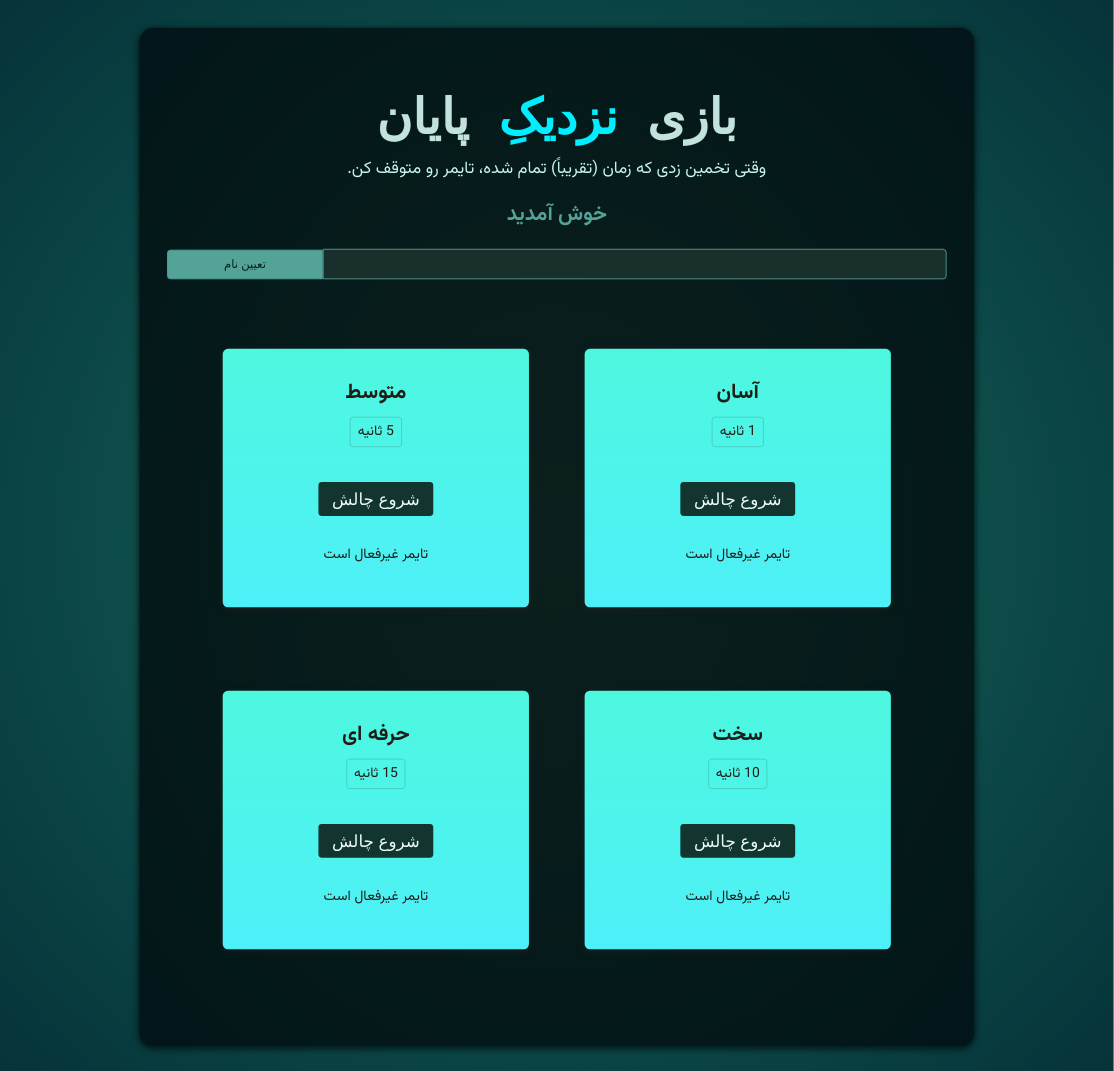
Repository: H-ala/react-near-end
Page: /
The author's editor kept a copy of each file at every save. The page is drawn from the files as they stood at one save, then again after a run of saves.
The browser window is 1280 px wide. The pictures show the whole page, at 87% of full size.
The project was rebuilt for these pictures with package versions that can differ from the ones it lists, and the page was loaded fresh each time. Also part of the build but not shown: vite.config.js.

Above is the page before, as saved 2025-10-21 19:38:01.

After the next 3 saves:
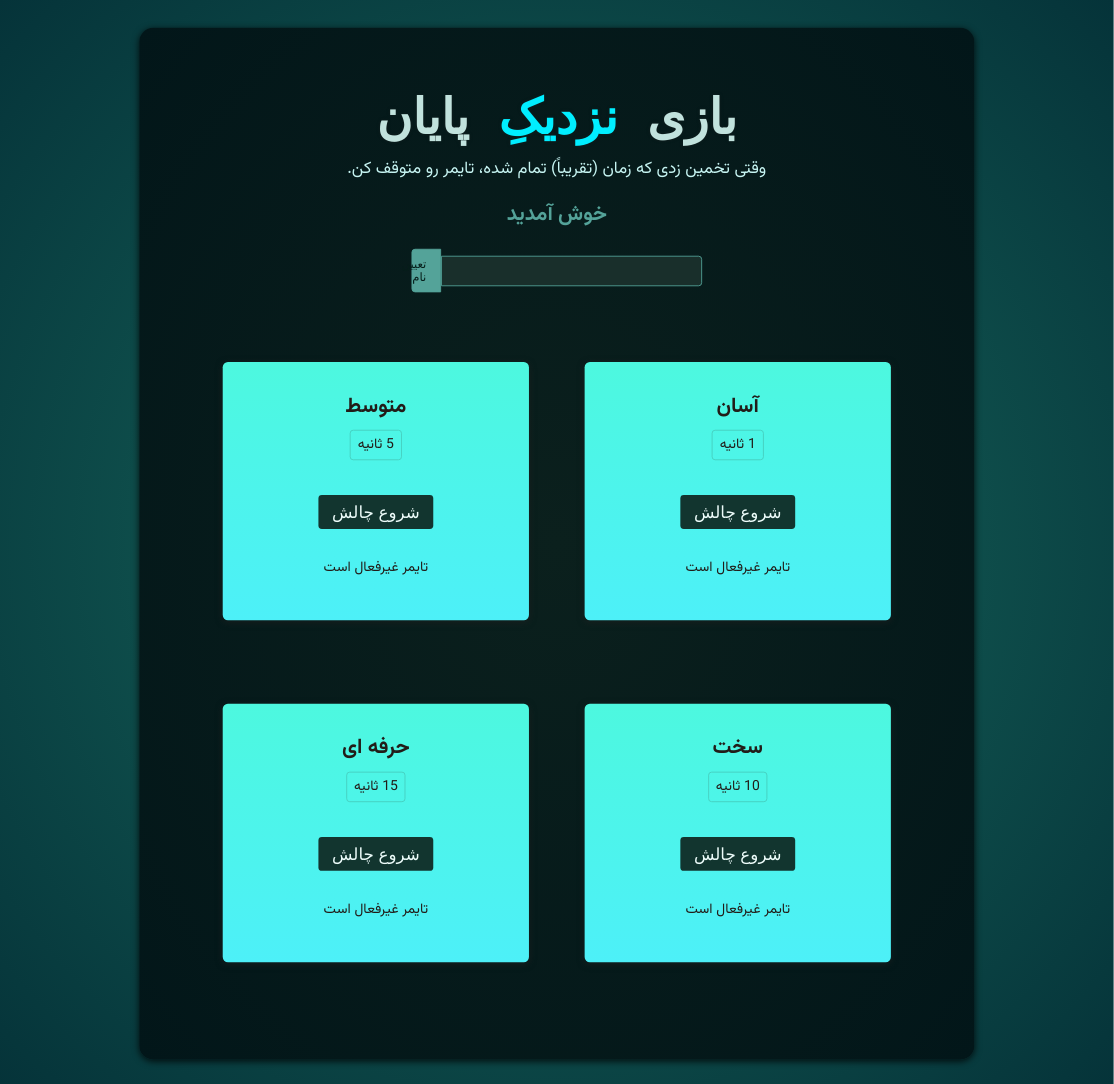
The 3 saves are shown as one change because they came seconds apart.
The last was saved 16 s later.
--- a/src/index.css
+++ b/src/index.css
@@ -69,7 +69,7 @@ header p {
   border-bottom-left-radius: 0;
   padding: 0.25rem;
   color: #d1f0ec;
-  width: 80%
+  width: 300px;
 }
 
 #player button {
@@ -80,7 +80,7 @@ header p {
   color: #061e1a;
   border-top-left-radius: 4px;
   border-bottom-left-radius: 4px;
-  width: 20%
+  width: 20px;
 }
 
 #player button:hover {
